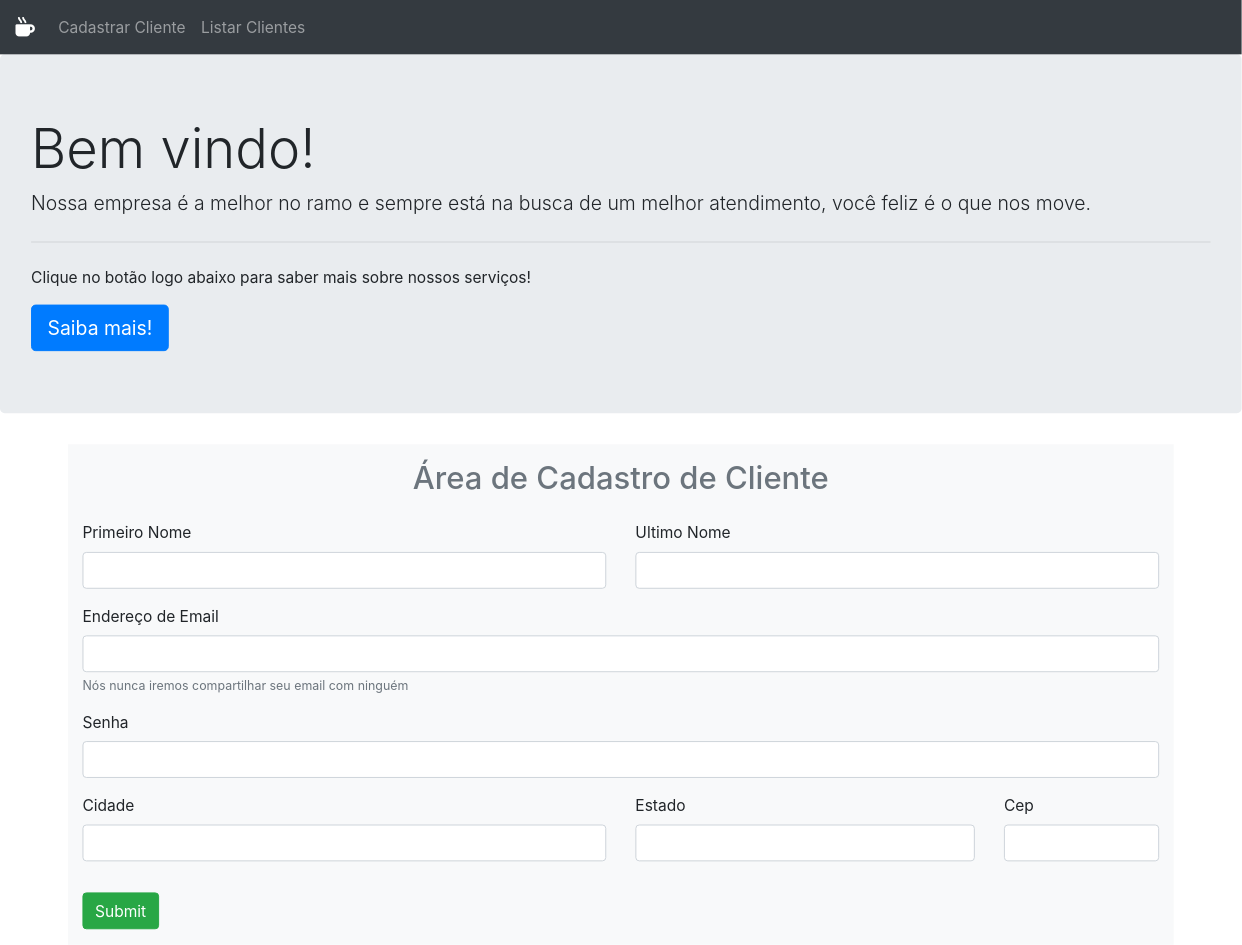
Repository: Ticapril/CRUD-JAVA
Page: http://localhost/CRUD-Java/CadastrarCliente.jsp
An editor plug-in stored every save of this project. The page is shown before and after the next save, followed by the edit.
The browser window is 1280 px wide. The pictures show the whole page, at 97% of full size.
The page is served by Tomcat 9. Other server files are loaded and not shown.

Above is the page before, as saved 2020-11-27 21:44:13.

### CRUD-Java/WebContent/CadastrarCliente.jsp
<%@ page language="java" contentType="text/html; charset=ISO-8859-1"
    pageEncoding="UTF-8"%>
    <%@ taglib uri="http://java.sun.com/jsp/jstl/core" prefix="c" %>
<!DOCTYPE html>
<html>
<head>
<title>Insert title here</title>
<meta name="viewport" content="width=device-width, initial-scale=1, shrink-to-fit=no">
<link rel="stylesheet" href="https://use.fontawesome.com/releases/v5.7.2/css/all.css" integrity="sha384-fnmOCqbTlWIlj8LyTjo7mOUStjsKC4pOpQbqyi7RrhN7udi9RwhKkMHpvLbHG9Sr" crossorigin="anonymous">
<link rel="stylesheet" href="https://cdn.jsdelivr.net/npm/bootstrap@4.5.3/dist/css/bootstrap.min.css" integrity="sha384-TX8t27EcRE3e/ihU7zmQxVncDAy5uIKz4rEkgIXeMed4M0jlfIDPvg6uqKI2xXr2" crossorigin="anonymous">
</head>
<body>
	<nav class="navbar navbar-expand-lg navbar-dark bg-dark text-white">

			<a class="navbar-brand" href="#">
				<i class="fas fa-mug-hot"></i>
			</a>

		<div class="collapse navbar-collapse">
			<ul class="navbar-nav">
				<li class="navbar-item"><a class="nav-link" href="http://localhost:8080/CRUD-Java/CadastrarCliente.jsp">Cadastrar Cliente</a></li>
				<li class="navbar-item"><a class="nav-link" href="http://localhost:8080/CRUD-Java/cliente?acao=cadastrar&opcao=2">Listar Clientes</a></li>
			</ul>
		</div>

	</nav>

	<section id="inicio">
		<div class="jumbotron">
			<h1 class="display-4">Bem vindo!</h1>
			<p class="lead">Nossa empresa é a melhor no ramo e sempre está na busca de um melhor atendimento, você feliz é o que nos move.</p>
			<hr class="my-4">
			<p>Clique no botão logo abaixo para saber mais sobre nossos serviços!</p>
			<a class="btn btn-primary btn-lg" href="#" role="button">Saiba mais!</a>
		</div>
	</section>

	<section id="formulario-cadastro">
		<div class="container bg-light">
		<h2 class="text-center text-muted pt-3 pb-3">Área de Cadastro de Cliente</h2>
			<form action='cliente?acao=cadastrar&opcao=2' method="post">

			<div class="form-group">
				<div class="row">

					<div class="col">
						<label for="exampleInputNome">Primeiro Nome</label>
						<input type="text" class="form-control" name="nome" id="nome" />
					</div>

					<div class="col">
						<label for="exampleInputSobrenome">Ultimo Nome</label>
						<input type="text" class="form-control" name="ultimoNome" id="ultimoNome" />
					</div>
				</div>
			</div>

			<div class="form-group">
				<label for="exampleInputEmail1">Endereço de Email</label>
				<input type="email" class="form-control" id="exampleInputEmail1" aria-describedby="emailHelp" name="enderecoEmail" />
				<small id="emailHelp" class="form-text text-muted">Nós nunca iremos compartilhar seu email com ninguém</small>
			</div>

			<div class="form-group">
				<label for="exampleInput">Senha</label>
				<input type="password" class="form-control" id="exampleInputPassword" name="senha" />
			</div>
			<div class="row">

				<div class="form-group col-md-6">
					<label for="inputyCity">Cidade</label>
					<input type="text" class="form-control" id="inputCity" name="cidade"/>
				</div>

					<div class="form-group col-md-4">
						<label for="inputState">Estado</label>
					<input type="text" class="form-control" id="inputState" name="estado" />
					</div>



				<div class="form-group col-md-2">
					<label for="inputZip">Cep</label>
					<input type="number" class="form-control" id="inputZip" name="cep" />
				</div>

			</div>
			<input type="submit" class="btn btn-success mb-3 mt-3">

			</form>

		</div>

	</section>



<script src="https://code.jquery.com/jquery-3.5.1.slim.min.js" integrity="sha384-DfXdz2htPH0lsSSs5nCTpuj/zy4C+OGpamoFVy38MVBnE+IbbVYUew+OrCXaRkfj" crossorigin="anonymous"></script>
<script src="https://cdn.jsdelivr.net/npm/popper.js@1.16.1/dist/umd/popper.min.js" integrity="sha384-9/reFTGAW83EW2RDu2S0VKaIzap3H66lZH81PoYlFhbGU+6BZp6G7niu735Sk7lN" crossorigin="anonymous"></script>
<script src="https://cdn.jsdelivr.net/npm/bootstrap@4.5.3/dist/js/bootstrap.min.js" integrity="sha384-w1Q4orYjBQndcko6MimVbzY0tgp4pWB4lZ7lr30WKz0vr/aWKhXdBNmNb5D92v7s" crossorigin="anonymous"></script>
</body>
</html>

After the next save:
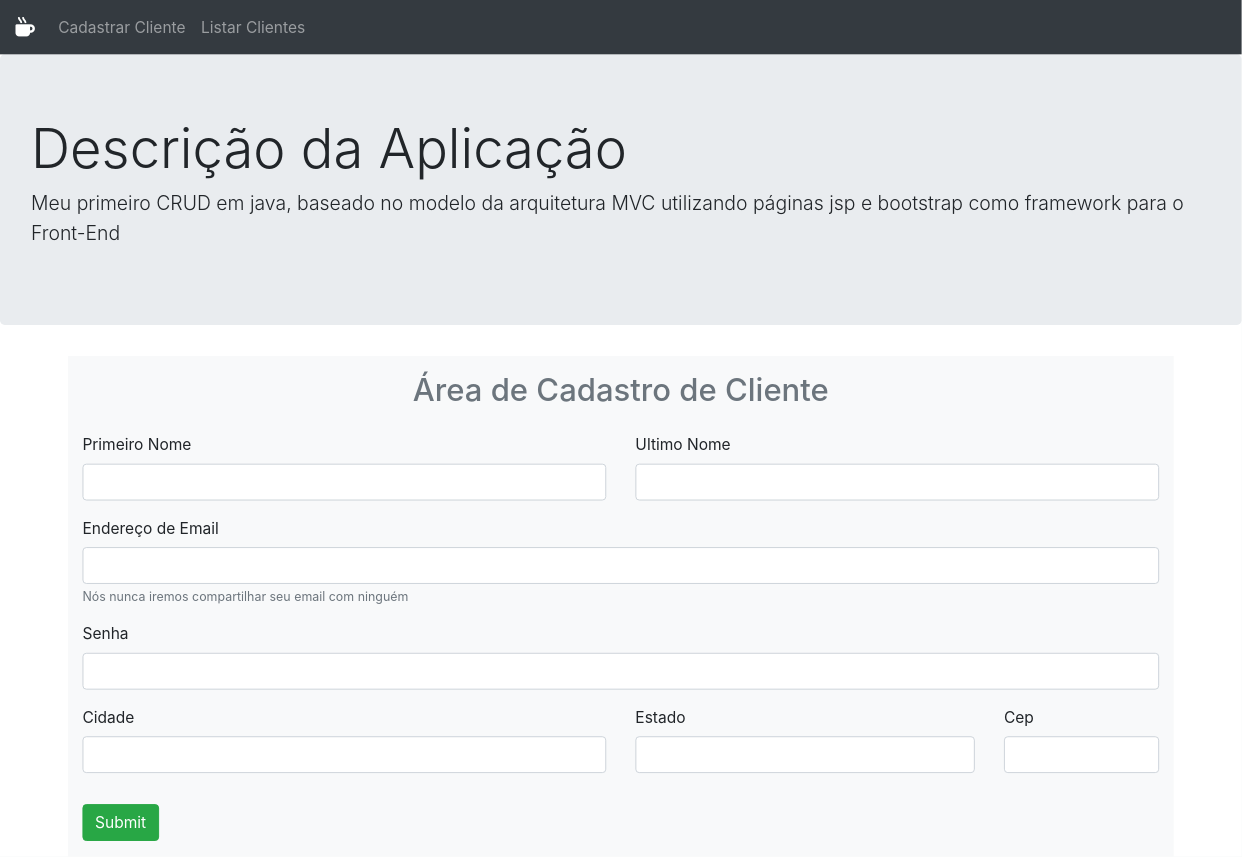
Saved 2 min 6 s later.
--- a/CRUD-Java/WebContent/CadastrarCliente.jsp
+++ b/CRUD-Java/WebContent/CadastrarCliente.jsp
@@ -27,11 +27,8 @@
 
 	<section id="inicio">
 		<div class="jumbotron">
-			<h1 class="display-4">Bem vindo!</h1>
-			<p class="lead">Nossa empresa é a melhor no ramo e sempre está na busca de um melhor atendimento, você feliz é o que nos move.</p>
-			<hr class="my-4">
-			<p>Clique no botão logo abaixo para saber mais sobre nossos serviços!</p>
-			<a class="btn btn-primary btn-lg" href="#" role="button">Saiba mais!</a>
+			<h1 class="display-4">Descrição da Aplicação</h1>
+			<p class="lead">Meu primeiro CRUD em java, baseado no modelo da arquitetura MVC utilizando páginas jsp e bootstrap como framework para o Front-End</p>
 		</div>
 	</section>
 
